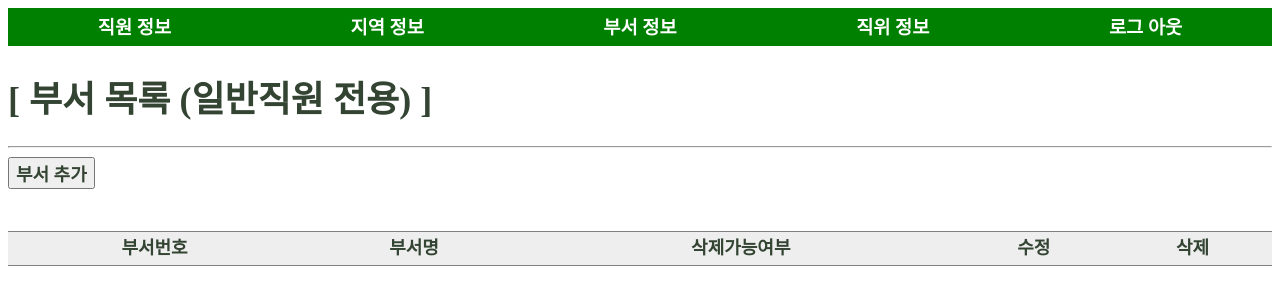
Repository: youngsik0405/SpringMVC
Page: http://localhost/mvc04/WEB-INF/view/DepList.jsp
These files come from the project's save history. The page is drawn as it stood at one moment and after the next save; the edit follows.
The browser window is 1280 px wide. The pictures show the whole page.
The page is served by Tomcat 9. Nobody is signed in. The template is opened directly, without the code that normally fills it, so the values that code supplies are empty.

Above is the page before, as saved 2025-02-26 07:33:17.

### mvc04/WebContent/WEB-INF/view/DepList.jsp
<%@ page contentType="text/html; charset=UTF-8"%>
<%@ taglib prefix="c" uri="http://java.sun.com/jsp/jstl/core"%>
<%
	request.setCharacterEncoding("UTF-8");
	String cp = request.getContextPath();
%>
<!DOCTYPE html>
<html>
<head>
<meta charset="UTF-8">
<title>DepList.jsp</title>
<link rel="stylesheet" type="text/css" href="<%=cp %>/css/main.css">
<script type="text/javascript" src="http://code.jquery.com/jquery.min.js"></script>
<script type="text/javascript">

	$(function()
	{
		$(".updateBtn").click(function()
		{
			//alert("수정 확인!!");

			$(location).attr("href", "departmentupdateform.action?departmentId=" + $(this).val());
		});

		$(".deleteBtn").click(function()
		{
			//alert("삭제 확인!!!");

			if (confirm("현재 선택한 데이터를 정말 삭제하시겠습니까?"))
			{
				$(location).attr("href", "departmentdelete.action?departmentId=" + $(this).val());
			}
		});
	});


</script>
</head>
<body>

<!----------------------------------------------
  #34. DepList.jsp
  - 일반 직원이 접근하는 부서 데이터 출력 페이지
------------------------------------------------>

<div>
	<!-- 메뉴 영역 -->
	<div>
		<c:import url="EmployeeMenu.jsp"></c:import>
	</div>

	<!-- 콘텐츠 영역 -->
	<div id="content">
		<h1>[ 부서 목록 (일반직원 전용) ]</h1>
		<hr>

		<div>
			<form action="">
				<input type="button" class="btn" value="부서 추가"
				onclick="location.href='departmentinsertform.action'">
			</form>
		</div>
		<br><br>

		<table id="department" class="table">
			<tr>
				<th>부서번호</th>
				<th>부서명</th>
				<th>삭제가능여부</th>
				<th>수정</th>
				<th>삭제</th>
			</tr>

			<c:forEach var="department" items="${departmentList }">
			<tr>
				<td>${department.departmentId }</td>
				<td>${department.departmentName }</td>
				<td>${department.delCheck > 0 ? "삭제 불가능" : "삭제 가능" }</td>
			</tr>
			</c:forEach>


		</table>
	</div>

	<!-- 회사 소개 및 어플리케이션 소개 영역 -->
	<div id="footer">
	</div>

</div>


</body>
</html>

### mvc04/WebContent/WEB-INF/view/EmployeeMenu.jsp
<%@ page contentType="text/html; charset=UTF-8"%>
<%@ taglib prefix="c" uri="http://java.sun.com/jsp/jstl/core"%>
<%
	request.setCharacterEncoding("UTF-8");
	String cp = request.getContextPath();
%>
<!DOCTYPE html>
<html>
<head>
<meta charset="UTF-8">
<title>EmployeeMenu.jsp</title>
<link rel="stylesheet" type="text/css" href="<%=cp %>/css/menuStyle.css">
</head>
<body>

<!-------------------------
  #13. EmployeeMenu.jsp
  - 메인 메뉴 페이지 구성
-------------------------->

<!-- 확인 -->
<%--
<span>${sessionScope.admin==null ? "normal" : "admin" }</span>

--%>

<div id="menu">
	<ul>
		<c:choose>
			<c:when test="${sessionScope.admin==null }">
				<li>
					<a href="emplist.action" class="menu">직원 정보</a>
				</li>
				<li>
					<a href="reglist.action" class="menu">지역 정보</a>
				</li>
				<li>
					<a href="deplist.action" class="menu">부서 정보</a>
				</li>
				<li>
					<a href="poslist.action" class="menu">직위 정보</a>
				</li>
			</c:when>


			<c:otherwise>
				<li>
					<a href="employeelist.action" class="menu">직원 관리</a>
				</li>
				<li>
					<a href="regionlist.action" class="menu">지역 관리</a>
				</li>
				<li>
					<a href="departmentlist.action" class="menu">부서 관리</a>
				</li>
				<li>
					<a href="positionlist.action" class="menu">직위 관리</a>
				</li>
			</c:otherwise>
		</c:choose>


		<li>
			<a href="logout.action" class="menu">로그 아웃</a>
		</li>
	</ul>
</div>

</body>
</html>

### mvc04/WebContent/css/main.css
@charset "UTF-8";

/*======================
  #16. main.css
  - 메인 스타일 구성
=======================*/

*
{
	font-family: 맑은 고딕;
	color: #334433;
}

body, p, div, span, input, table, th, td, select
{
	font-size: 18px;
}

.control
{
	border: 1px solid gray;
	border-radius: 3px;
}

.table
{
	border-collapse: collapse;
	width: 100%;
}

.table th, .table td
{
	border: 1px solid gray;
	border-left: 0px;
	border-right: 0px;
	padding: 3px;
	line-height: 150%;
	text-align: center;
}

.table th
{
	font-weight: bold;
	background-color: #eeeeee;
}

.table td
{
	font-size: 12pt;
}

.btn
{
	cursor : pointer;
	font-weight: bold;
}

.btn:hover
{
	color: #ffffff;
	background-color: #008000;
}

### mvc04/WebContent/css/menuStyle.css
@charset "UTF-8";


/*
  #14. menuStyle.css
  - 메뉴 스타일 구성
*/

ul
{
	list-style-type: none;
	margin: 0px;
	padding: 0px;
	overflow: hidden;
}

li
{
	width: 20%;
	float: left;
}

a.menu:link, a.menu:visited
{
	display: block;
	font-weight: bold;
	color: #ffffff;
	background-color: #008000;
	text-align: center;
	padding: 4px;
	text-decoration: none;
	text-transform: uppercase;
	height: 30px;
	font-size: 14pt;
}


a.menu:hover, a.menu:active
{
	background-color: #ffffff;
	color: #008000;
	border: 2px solid #008000;
	border-radius: 5px;
	height: 26px;	/* 30-2-2 */
}

After the next save:
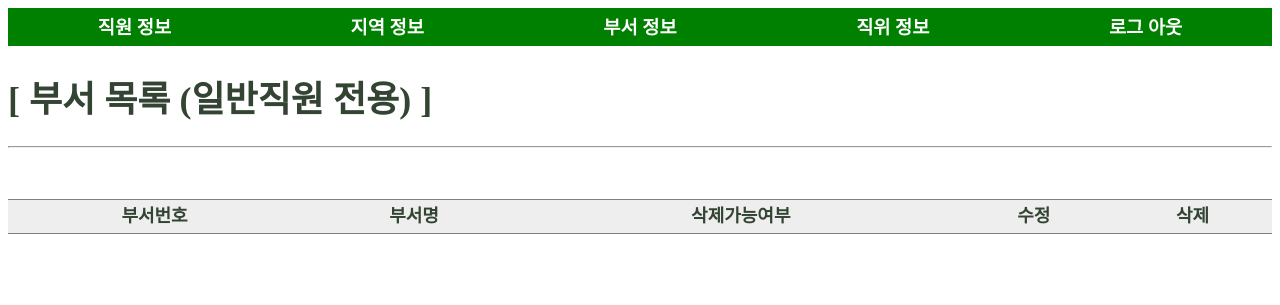
Saved 19 s later.
--- a/mvc04/WebContent/WEB-INF/view/DepList.jsp
+++ b/mvc04/WebContent/WEB-INF/view/DepList.jsp
@@ -54,12 +54,6 @@
 		<h1>[ 부서 목록 (일반직원 전용) ]</h1>
 		<hr>
 
-		<div>
-			<form action="">
-				<input type="button" class="btn" value="부서 추가"
-				onclick="location.href='departmentinsertform.action'">
-			</form>
-		</div>
 		<br><br>
 
 		<table id="department" class="table">
